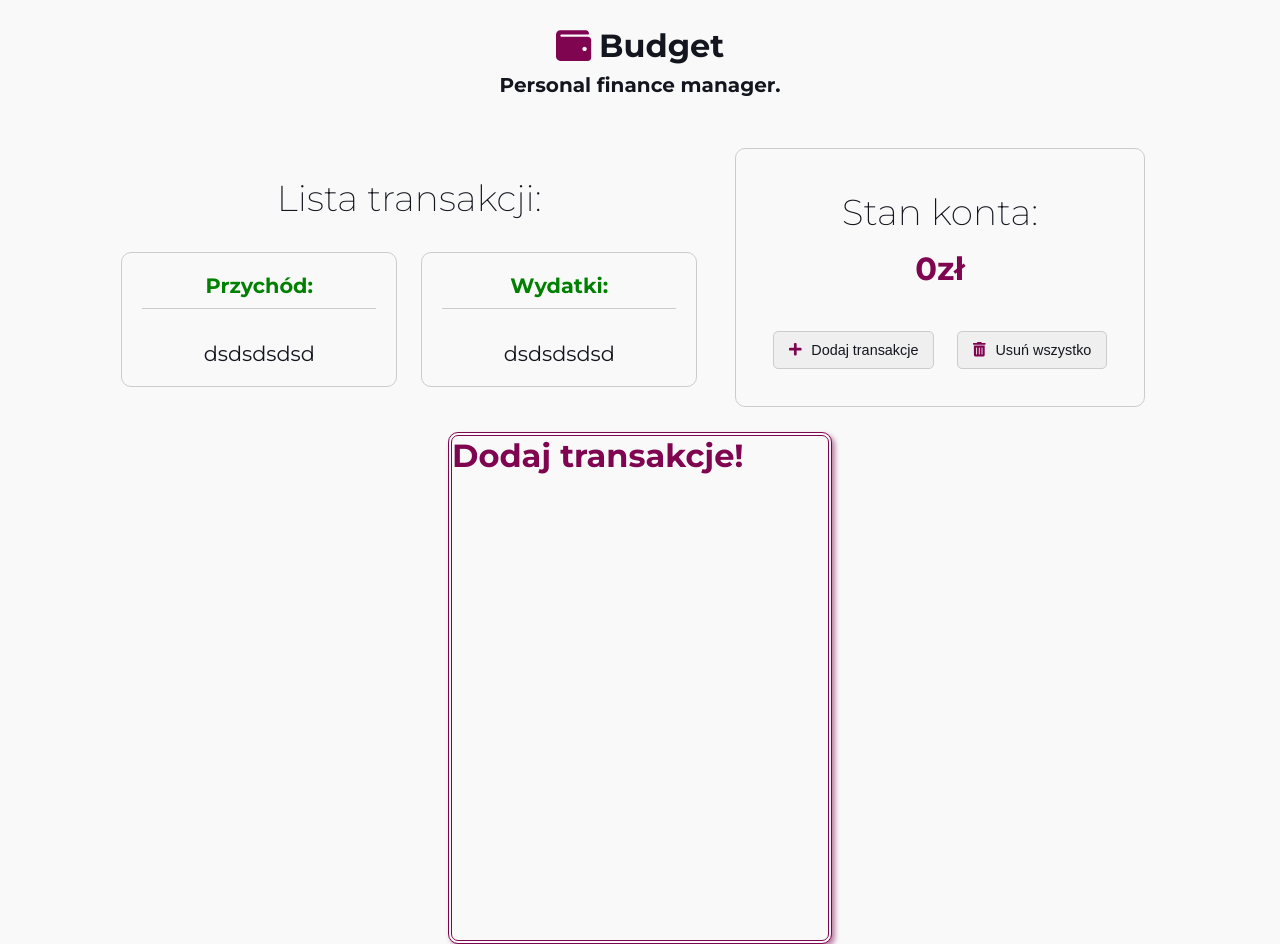
Repository: KrzysKolo/sr_tydzien4_zad4
Page: /
An editor plug-in stored every save of this project. The page is shown before and after the next save, followed by the edit.
The browser window is 1280 px wide. The pictures show the whole page.
Some web libraries are served in a nearby version. The project was rebuilt for these pictures with package versions that can differ from the ones it lists, and the page was loaded fresh each time.

Above is the page before, as saved 2020-11-30 10:27:15.

### public/index.html
<!DOCTYPE html>
<html lang="en">
  <head>
    <meta charset="utf-8" />
    <link rel="icon" href="%PUBLIC_URL%/favicon.ico" />
    <meta name="viewport" content="width=device-width, initial-scale=1" />
    <meta name="theme-color" content="#000000" />
    <meta
      name="description"
      content="Web site created using create-react-app"
    />
    <link rel="apple-touch-icon" href="%PUBLIC_URL%/logo192.png" />
    <!--
      manifest.json provides metadata used when your web app is installed on a
      user's mobile device or desktop. See https://developers.google.com/web/fundamentals/web-app-manifest/
    -->
    <link rel="manifest" href="%PUBLIC_URL%/manifest.json" />
    <!--
      Notice the use of %PUBLIC_URL% in the tags above.
      It will be replaced with the URL of the `public` folder during the build.
      Only files inside the `public` folder can be referenced from the HTML.

      Unlike "/favicon.ico" or "favicon.ico", "%PUBLIC_URL%/favicon.ico" will
      work correctly both with client-side routing and a non-root public URL.
      Learn how to configure a non-root public URL by running `npm run build`.
    -->
    <link
      href="https://fonts.googleapis.com/css?family=Montserrat:200,400,700&display=swap&subset=latin-ext"
      rel="stylesheet"
    />
    <script
      src="https://kit.fontawesome.com/327a0d490c.js"
      crossorigin="anonymous"
    ></script>
    <title>Budget</title>
  </head>
  <body>
    <noscript>You need to enable JavaScript to run this app.</noscript>
    <div id="root"></div>
    <!--
      This HTML file is a template.
      If you open it directly in the browser, you will see an empty page.

      You can add webfonts, meta tags, or analytics to this file.
      The build step will place the bundled scripts into the <body> tag.

      To begin the development, run `npm start` or `yarn start`.
      To create a production bundle, use `npm run build` or `yarn build`.
    -->
  </body>
</html>

### src/App.js
import React from 'react';
import Budget from './components/Budget'

const App = () => {
  return (
    <>
      <Budget/>
    </>
  )
}

export default App;

### src/components/Budget.js
import React from 'react';
import Header from './budgetComponents/Header';
import Section from './budgetComponents/Section';
import SectionInfo from './budgetComponents/SectionInfo';
import H2 from './budgetComponents/sectionComponents/H2';
import Form from './budgetComponents/Form';
import styled, { createGlobalStyle } from 'styled-components';

const GlobalStyle = createGlobalStyle`
    * {
        padding: 0;
        margin: 0;
        box-sizing: border-box;
    }
    body {
        background-color: #f9f9f9;
        color: #14161f;
        font-family: "Montserrat", sans-serif;
        font-size: 16px;
        min-height: 100vh;
    }
    `;
const Container = styled.main`
    font-size: 1.5rem;
`;
const SectionContainer = styled.section`
    display: flex;
    flex-direction: row;
    justify-content: center;
    align-items: center;
`;
const SectionBudget = styled.section`
    display: flex;
    flex-direction: column;
    justify-content: center;
    align-items: center;
`;
const DivItems = styled.div`
    display: flex;
    flex-direction: row;
    justify-content: center;
    align-items: center;

`;
const Budget = () => {
    return (
        <>
            <GlobalStyle />
            <Container>
                <Header />
                <SectionContainer>
                    <SectionBudget>
                        <H2 title={"Lista transakcji"} />
                        <DivItems>
                            <Section title={"Przychód"} label={"p"}/>
                            <Section title={"Wydatki"}/>
                        </DivItems>
                    </SectionBudget>
                    <SectionInfo title={"Stan konta"}/>
                </SectionContainer>
            </Container>
            <Form />
        </>
    )
}

export default Budget;

### src/components/budgetComponents/Header.js
import React from 'react';
import styled from 'styled-components';
import { FontAwesomeIcon } from '@fortawesome/react-fontawesome';
import { faWallet } from '@fortawesome/free-solid-svg-icons';

const SectionHeader = styled.header`
    align-items: center;
    color: rgb(127, 5, 80);
    display: flex;
    font-size: 2.2rem;
    flex-direction: column;
    justify-content: center;
    padding: 2%;
`;
const DivHeader = styled.div`
    align-items: center;
    display: flex;
    flex-direction: row;
    justify-content: center;
    margin-bottom: 0.5rem;
`;
const H1Header = styled.h1`
    color: #14161f;
    font-size: 2rem;
    margin-left: .5rem;
`;
const H2Header = styled.h2`
    color: #14161f;
    font-size: 1.25rem;
`;
const Header = () => {
    return (
        <SectionHeader>
            <DivHeader>
                <FontAwesomeIcon icon={faWallet}/>
                <H1Header>Budget</H1Header>
            </DivHeader>
            <H2Header>Personal finance manager.</H2Header>
        </SectionHeader>
    )
}

export default Header;

### src/components/budgetComponents/Section.js
import React from 'react';
import H1 from './sectionComponents/H1';
import styled from 'styled-components';

const SectionWrapper = styled.section`
    border: 1px solid #ccc;
    border-radius: 10px;
    display: flex;
    flex-direction: column;
    font-size: 1.3rem;
    justify-content: center;
    align-items: center;
    margin: 2%;
    padding: 20px;
    width: 300px;
`;
const Section = ({ title, label }) => {
    return (
        <SectionWrapper>
           <H1 title={title} label={label}> </H1>
           <p>dsdsdsdsd</p>
        </SectionWrapper>
    )
}

export default Section;

### src/components/budgetComponents/SectionInfo.js
import React from 'react';
import H2 from './sectionComponents/H2';
import P from './sectionComponents/P';
import Button from './../budgetComponents/buttons/Button';
import styled from 'styled-components';
import { FontAwesomeIcon } from '@fortawesome/react-fontawesome';
import { faEllipsisV, faHeart, faPlus,  faTrashAlt, faShareAlt, faAngleDown } from '@fortawesome/free-solid-svg-icons';
const SectionWrapper = styled.section`
    border: 1px solid #ccc;
    border-radius: 10px;
    display: flex;
    flex-direction: column;
    margin: 2vw;
    padding: 2%;
`;
const ButtonWrapper = styled.div`
    display: flex;
    flex-direction: row;
`;
const Section = ({ title }) => {
    return (
        <SectionWrapper>
           <H2 title={title}> </H2>
           <P />
           <ButtonWrapper>
                <Button title={"Dodaj transakcje"} icons={faPlus} type="submit"/>
                <Button title={"Usuń wszystko"} icons={faTrashAlt} type="submit"/>

           </ButtonWrapper>
        </SectionWrapper>
    )
}

export default Section;

### src/components/budgetComponents/sectionComponents/H2.js
import React from 'react'
import styled from 'styled-components';

const TitleH2 = styled.h2`
    font-weight: 200;
    margin: 2% auto;
    padding: 0.5rem;
`;

const H2 = ({title}) => {
    return (
        <TitleH2>
            {title}:
        </TitleH2>
    )
}

export default H2;

### src/components/budgetComponents/Form.js
import React from 'react';
import Header from './formComponents/Header';
import styled, { createGlobalStyle }from 'styled-components';

const FormWrapper = styled.form`
    background-color: #f9f9f9;
    border: 4px double rgb(127, 5, 80);
    border-radius: 10px;
    box-shadow: 3px 3px 5px rgba(127, 5, 80, 0.5);
    color: rgb(127, 5, 80);
    height: 40vw;
    margin: 0 auto;
    width: 30vw;
`;

const Form = () => {
    return (
        <FormWrapper>
            <Header title={"Dodaj transakcje!"} />
        </FormWrapper>
    )
}

export default Form;

### src/components/budgetComponents/sectionComponents/H1.js
import React from 'react'
import styled from 'styled-components';

const TitleH1 = styled.h1`
    border-bottom: 1px solid #ccc;
    color: ${label => label ? 'green' : 'red'};
    margin-bottom: 2rem;
    padding-bottom: 10px;
    display: block;
    width: 100%;
    text-align: center;
`;

const H1 = ({title, label}) => {
    return (
        <TitleH1>
            {title}:
        </TitleH1>
    )
}

export default H1;

### src/components/budgetComponents/sectionComponents/P.js
import React from 'react';
import styled from 'styled-components';

const InfoP = styled.p`
    color: rgb(127, 5, 80);
    font-size: 2rem;
    font-weight: bold;
    width: 100%auto;
    text-align: center;
    padding-bottom: 2rem;
`;

const P = () => {
    return (
        <InfoP>
            0zł
        </InfoP>
    )
}

export default P;

### src/components/budgetComponents/buttons/Button.js
import React from 'react';
import styled from 'styled-components';
import { FontAwesomeIcon } from '@fortawesome/react-fontawesome';

const ButtonDiv = styled.button`
    border: 1px solid #ccc;
    border-radius: 5px;
    margin: 0.7rem;
    padding: 10px 15px;
    display: flex;
    flex-direction: row;
    color: rgb(127, 5, 80);
    font-size: 0.9rem;
    cursor: pointer;
    transition: 0.3s ease-in-out;
    &:hover {
        border: 1px solid rgba(127, 5, 80, 0.4);
        background-color:  #f9f9f9;
        color: rgba(127, 5, 80, 0.5);
    }
`;
const ButtonTitleDiv = styled.div`
    margin-left: 10px;
    color: #14161f;
`;
const Button = ({ title, icons }) => {
    return (
        <ButtonDiv>
            <FontAwesomeIcon icon={icons} />
            <ButtonTitleDiv>{title}</ButtonTitleDiv>
        </ButtonDiv>
    )
}

export default Button;

### src/components/budgetComponents/formComponents/Header.js
import React from 'react';
import styled from 'styled-components';

const TitleH1 = styled.h1`
`;

const Header = ({ title} ) => {
    return (
        <TitleH1>
            {title}
        </TitleH1>
    )
}

export default Header;

Loaded but not shown: src/index.js (common file); src/index.css (common file)

After the next save:
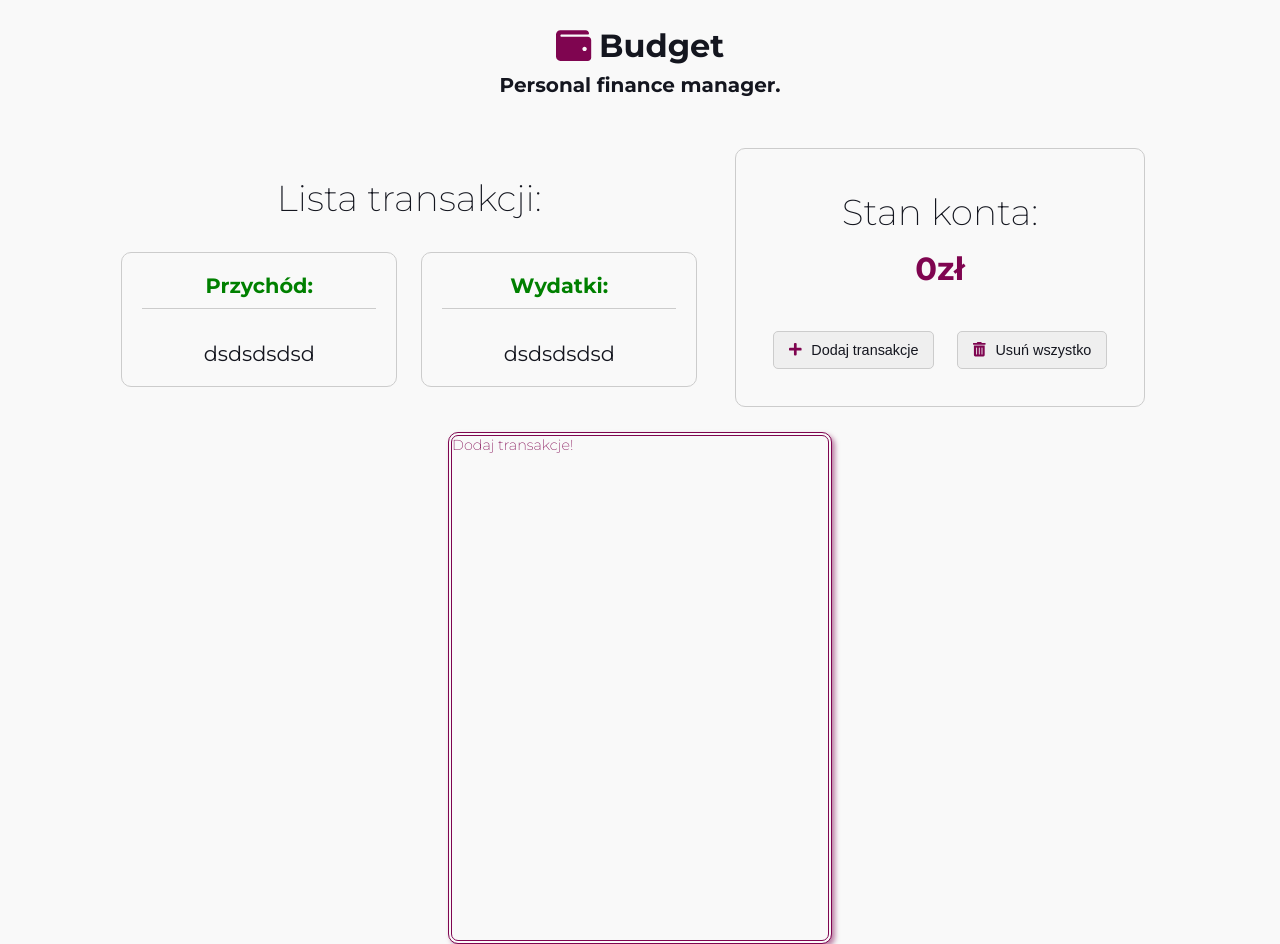
Saved 36 s later.
--- a/src/components/budgetComponents/formComponents/Header.js
+++ b/src/components/budgetComponents/formComponents/Header.js
@@ -2,6 +2,10 @@ import React from 'react';
 import styled from 'styled-components';
 
 const TitleH1 = styled.h1`
+    font-family: "Montserrat", sans-serif;
+    font-size: 0.9rem;
+    font-weight: 200;
+
 `;
 
 const Header = ({ title} ) => {
